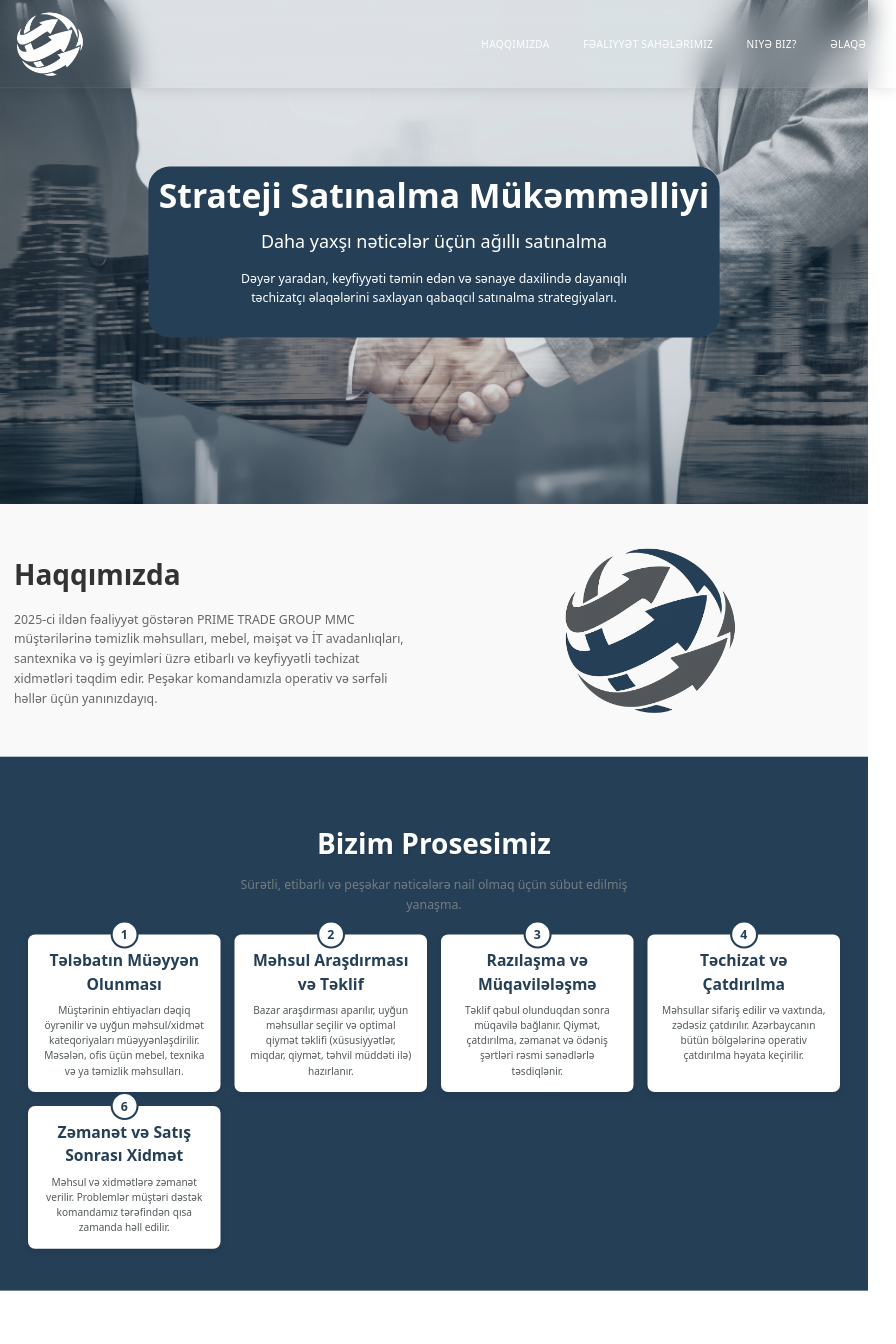
Repository: ferhadsultan98/primetradegroup
Page: /
An editor plug-in stored every save of this project. The page is shown before and after a run of saves, followed by the edit.
The browser window is 1280 px wide. The pictures show the part of the page from y = 0 to 1920 px (the page is 5037 px tall), at 70% of full size.
The page's requests for data from a server got no answer. The project was rebuilt for these pictures with package versions that can differ from the ones it lists, and the page was loaded fresh each time. No one was signed in, and anything a server would have sent is missing. Also part of the build but not shown: vite.config.js, src/Components/Mainlayout/MainLayout.scss, src/Pages/About/About.scss, src/Components/SectionHeader/SectionHeader.scss, src/Components/BreadCrumb/BreadCrumb.scss, src/Components/BreadCrumb/BreadCrumb.jsx, src/Components/SectionHeader/SectionHeader.jsx, src/Pages/About/About.jsx and 21 more.

Above is the page before, as saved 2025-08-09 15:13:44.

After the next 3 saves:
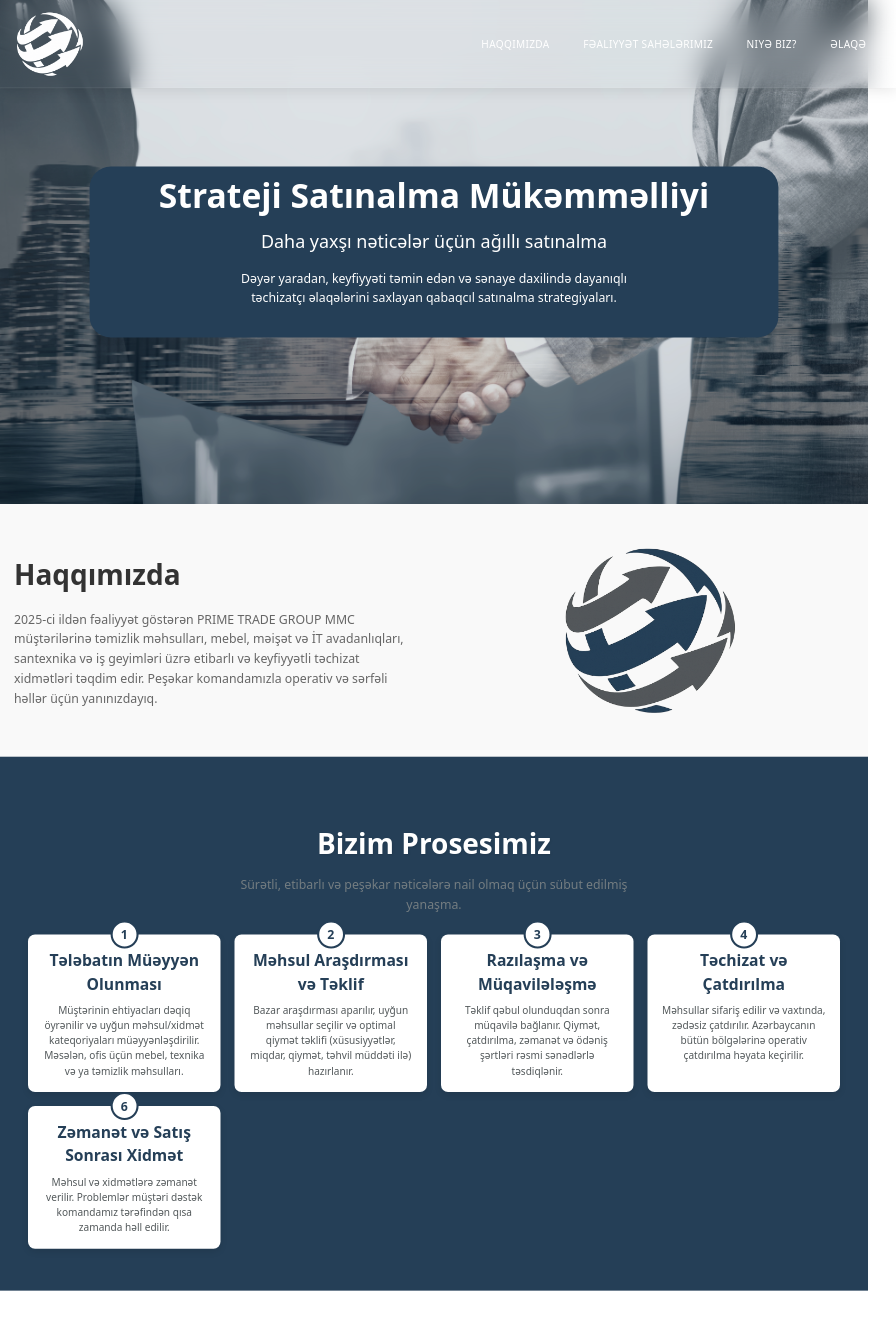
The 3 saves are shown as one change because they came seconds apart.
The last was saved 9 s later.
--- a/src/Pages/Home/HomeSection.scss
+++ b/src/Pages/Home/HomeSection.scss
@@ -6,6 +6,7 @@
 
   .HeroSectioncontentWrapper {
     max-width: 1200px;
+    width: 80vw;
     padding: 0 20px;
     margin: 0 auto;
   }

After the save that followed:
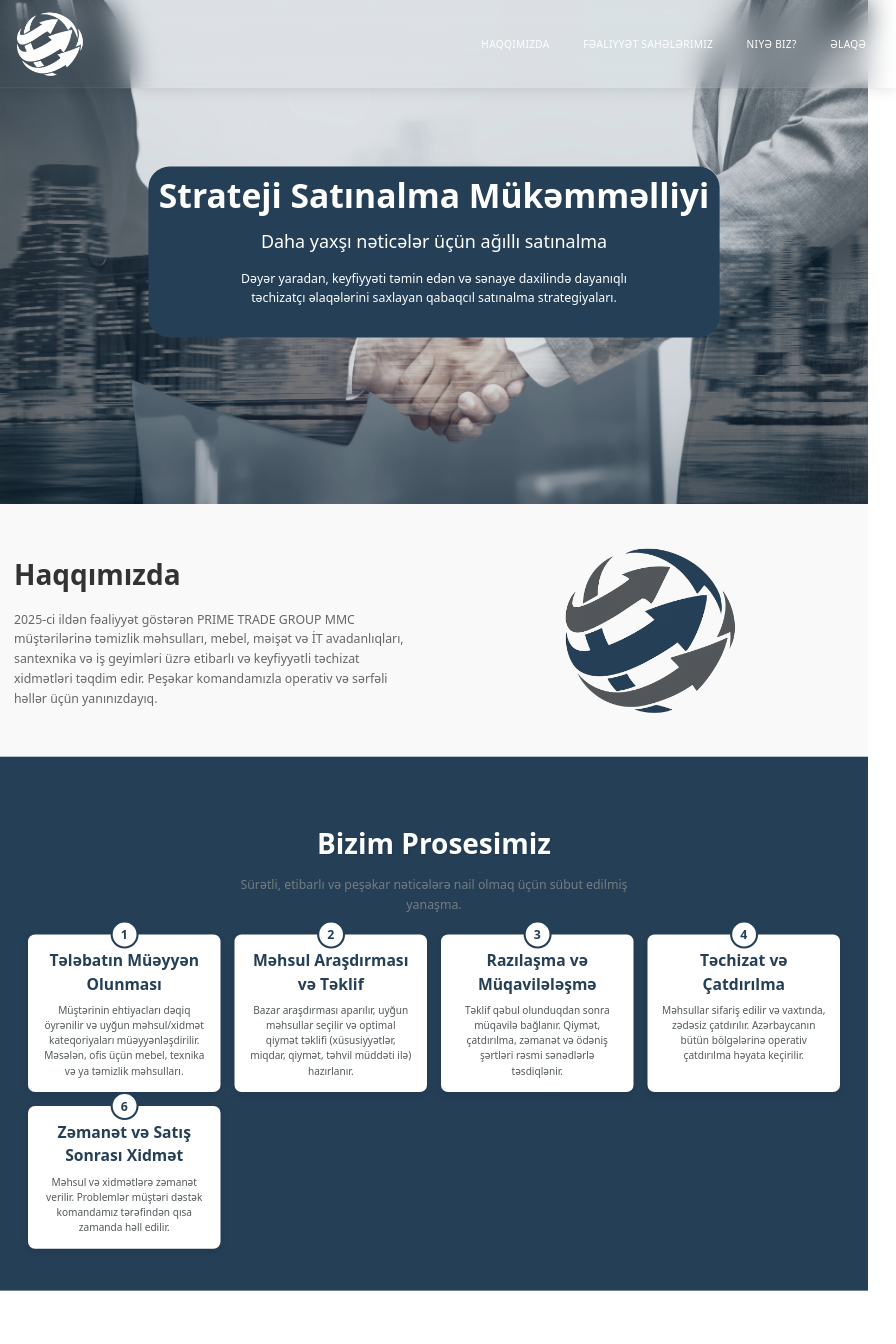
Saved 5 s later.
--- a/src/Pages/Home/HomeSection.scss
+++ b/src/Pages/Home/HomeSection.scss
@@ -6,7 +6,6 @@
 
   .HeroSectioncontentWrapper {
     max-width: 1200px;
-    width: 80vw;
     padding: 0 20px;
     margin: 0 auto;
   }
